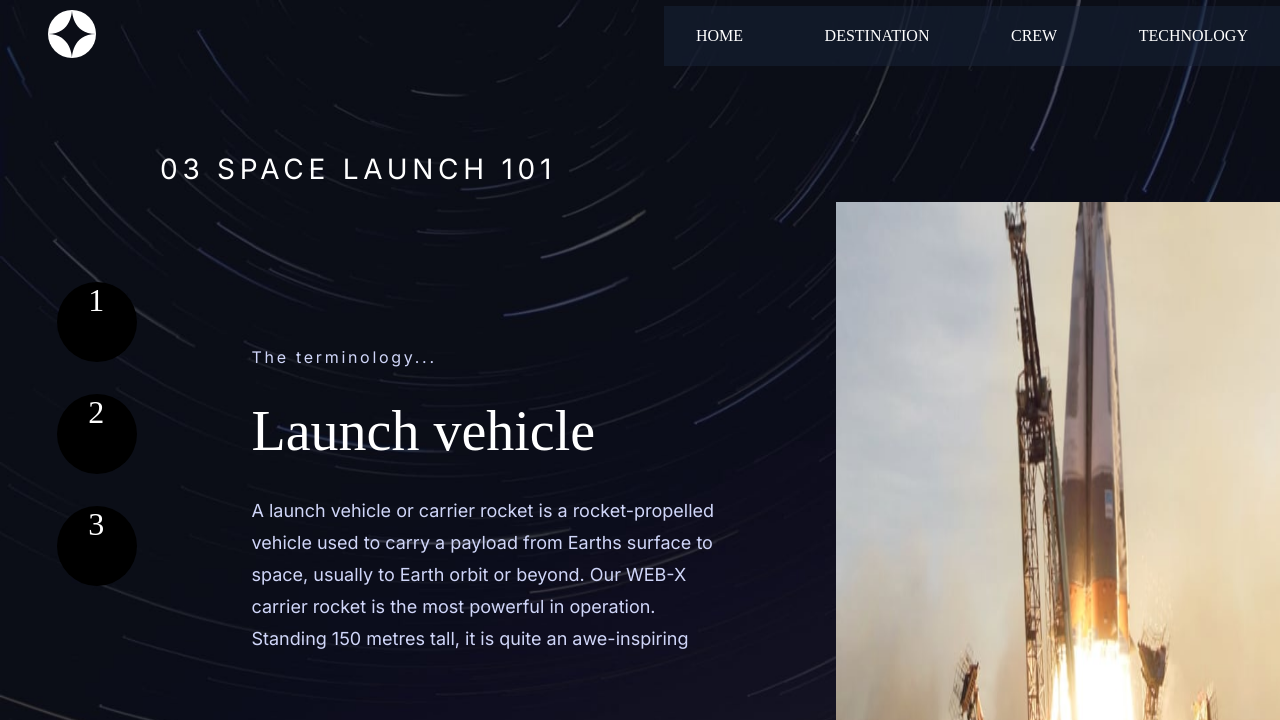
Repository: nilesjamex/space
Page: /Technology
The author's editor kept a copy of each file at every save. The page is drawn from the files as they stood at one save, then again after the next save.
The browser window is 1280 px wide. The pictures show the whole page.
Some web fonts or font styles are not loaded; a fallback is used. The project was rebuilt for these pictures with package versions that can differ from the ones it lists, and the page was loaded fresh each time. The framework's server and built-in components were replaced by stand-ins that run in the browser. Also part of the build but not shown: next.config.js.

Above is the page before, as saved 2022-01-08 23:51:02.

After the next save:
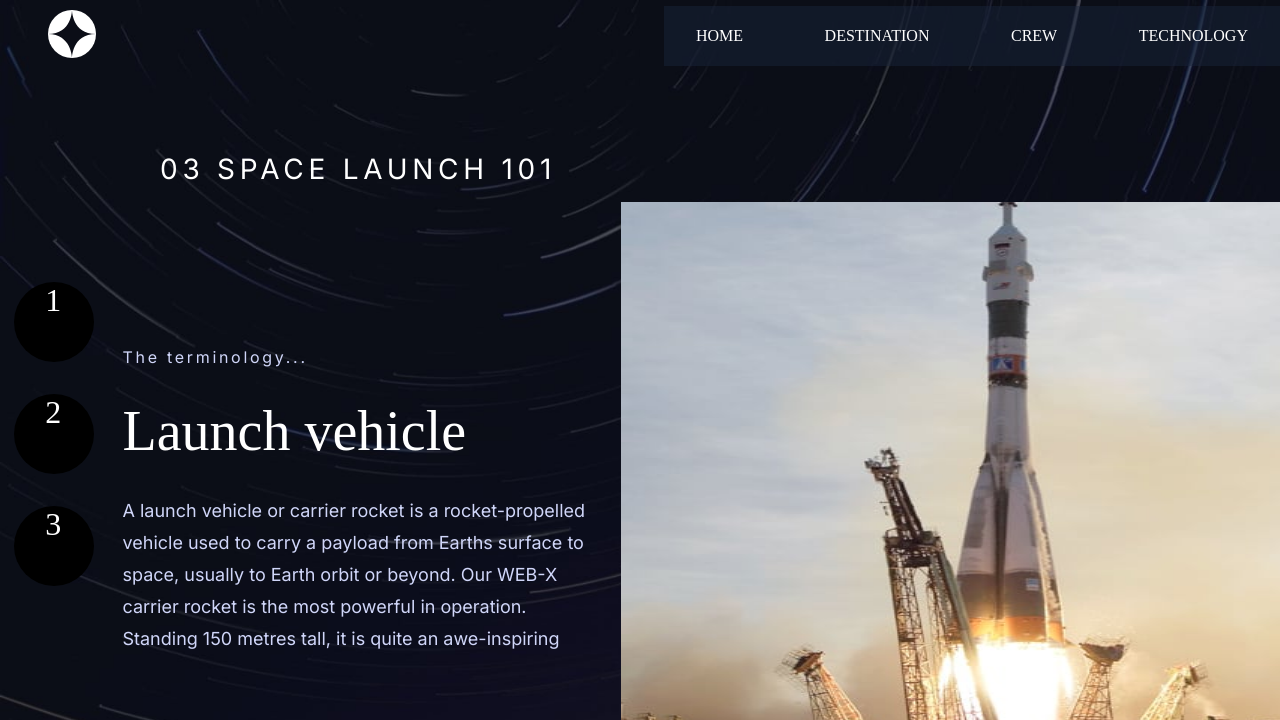
Saved 109 s later.
--- a/Components/Technology/Tech1/Tech.js
+++ b/Components/Technology/Tech1/Tech.js
@@ -2,6 +2,7 @@ import React, {useState} from 'react'
 import Image from 'next/image';
 import styles from './Tech.module.css';
 import Vehicle from '../../../public/assets//technology/image-launch-vehicle-landscape.jpg';
+import Vehicle2 from '../../../public/assets//technology/image-launch-vehicle-portrait.jpg';
 import Spaceport from '../../../public/assets//technology/image-spaceport-landscape.jpg';
 import Capsule from '../../../public/assets//technology/image-space-capsule-landscape.jpg';
 const Tech = () => {
@@ -37,7 +38,10 @@ const Tech = () => {
   WEB-X carrier rocket is the most powerful in operation. Standing 150 metres tall,
   it is quite an awe-inspiring sight on the launch pad!</p>
   </div>
-  <div className={styles.imagediv}><Image src={Vehicle} height="527" width="515" alt="uu" /> </div>
+  <div className={styles.imagediv}>
+  <Image src={Vehicle2} height="527" width="773" alt="uu" />
+
+  </div>
         </div>
     );
 
